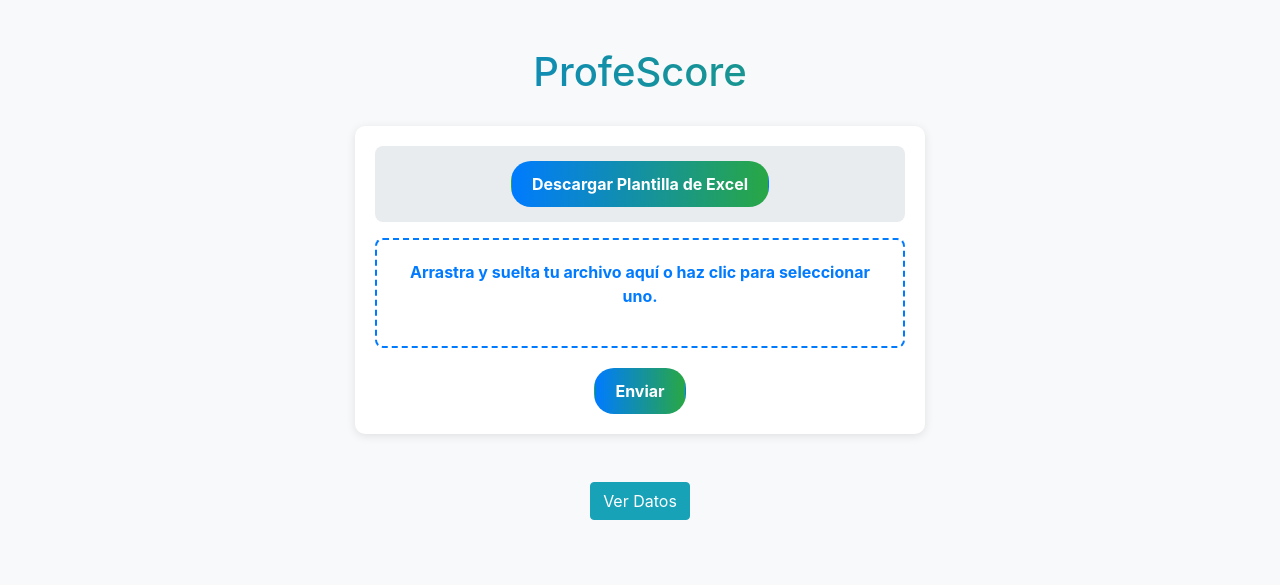
Repository: Sasonyera/ProfeScore
Page: http://localhost/index
These files come from the project's save history. The page is drawn as it stood at one moment and after the next save; the edit follows.
The browser window is 1280 px wide. The pictures show the whole page.
The page is this project's Thymeleaf template; nobody is signed in. The template is opened directly, without the code that normally fills it, so the values that code supplies are empty.

Above is the page before, as saved 2024-10-18 17:48:26.

### profescore/src/main/resources/templates/index.html
<!DOCTYPE html>
<html lang="es">
<head>
	<link rel="icon" href="/favi1.png" type="image/png">
    <meta charset="UTF-8">
    <title>ProfeScore</title>
    <!-- Bootstrap CSS -->
    <link rel="stylesheet" href="https://maxcdn.bootstrapcdn.com/bootstrap/4.0.0/css/bootstrap.min.css">

    <!-- Estilos personalizados -->
    <style>
        body {
            background-color: #f8f9fa;
        }
        .form-container {
            background-color: #ffffff;
            padding: 20px;
            border-radius: 10px;
            box-shadow: 0 2px 10px rgba(0, 0, 0, 0.1);
        }
        .button-group {
            background-color: #e9ecef;
            padding: 15px;
            border-radius: 8px;
            margin-bottom: 20px;
            text-align: center;
        }
        .file-upload {
            border: 2px dashed #007bff;
            border-radius: 8px;
            padding: 20px;
            text-align: center;
            margin-bottom: 20px;
            cursor: pointer;
        }
        .file-upload.dragging {
            border-color: #28a745;
            background-color: #f8f9fa;
        }
        .file-upload label {
            font-weight: bold;
            color: #007bff;
        }
        .file-upload input {
            display: none;
        }
        .file-name {
            margin-top: 10px;
            font-weight: bold;
            color: #333;
        }
        .btn-custom {
            background: linear-gradient(90deg, #007bff, #28a745);
            color: white;
            font-weight: bold;
            border-radius: 20px;
            padding: 10px 20px;
            transition: background 0.3s;
            margin: 0 auto;
            display: block;
            width: fit-content;
        }
        .btn-custom:hover {
            background: linear-gradient(90deg, #0056b3, #218838);
        }
        .title {
            font-size: 2.5rem;
            background: linear-gradient(90deg, #007bff, #28a745);
            -webkit-background-clip: text;
            -webkit-text-fill-color: transparent;
            margin-bottom: 30px;
        }
    </style>
</head>

<body>
    <div class="container mt-5 mb-5">
        <h1 class="text-center title">ProfeScore</h1>
        <div class="row justify-content-center">
            <div class="col-md-6 form-container">
                <div class="button-group text-center mb-3">
                    <button id="downloadTemplate" class="btn btn-custom">Descargar Plantilla de Excel</button>
                </div>
                <form id="uploadForm">
                    <div class="form-group file-upload" id="fileDropArea">
                        <label for="excelFile">Arrastra y suelta tu archivo aquí o haz clic para seleccionar uno.</label>
                        <input type="file" id="excelFile" name="file" accept=".xlsx, .xls" onchange="updateFileName()">
                        <div id="fileName" class="file-name"></div>
                    </div>
                    <button type="submit" class="btn btn-custom">Enviar</button>
                </form>
            </div>
        </div>
    </div>

    <!-- Modal para mostrar mensajes -->
    <div class="modal fade" id="responseModal" tabindex="-1" role="dialog" aria-labelledby="responseModalLabel" aria-hidden="true">
      <div class="modal-dialog" role="document">
        <div class="modal-content">
          <div class="modal-header">
            <h4 class="modal-title" id="responseModalLabel"></h4>
            <button type="button" class="close" data-dismiss="modal" aria-label="Cerrar">
              <span aria-hidden="true">&times;</span>
            </button>
          </div>
          <div class="modal-body" id="responseMessage"></div>
          <div class="modal-footer">
            <button type="button" class="btn btn-secondary" data-dismiss="modal">Cerrar</button>
          </div>
        </div>
      </div>
    </div>
	<div class="container mt-5 mb-5">
	        <!-- ... -->
	        <div class="text-center mt-4">
	            <a href="/ver-datos" class="btn btn-info">Ver Datos</a>
	        </div>
	    </div>

    <!-- Scripts necesarios -->
    <!-- Versión completa de jQuery -->
    <script src="https://code.jquery.com/jquery-3.6.0.min.js"></script>
    <!-- Popper.js y Bootstrap JS -->
    <script src="https://cdnjs.cloudflare.com/ajax/libs/popper.js/1.14.7/umd/popper.min.js"></script>
    <script src="https://maxcdn.bootstrapcdn.com/bootstrap/4.0.0/js/bootstrap.min.js"></script>
    <!-- Tu archivo script.js -->
    <script src="script.js"></script>
</body>
</html>

### profescore/src/main/resources/static/script.js
// Manejar el clic en el botón de descarga de la plantilla
document.getElementById('downloadTemplate').addEventListener('click', function() {
    window.location.href = '/download-template';
});

// Mostrar el nombre del archivo seleccionado
function updateFileName() {
    const input = document.getElementById('excelFile');
    const fileNameDisplay = document.getElementById('fileName');
    const fileName = input.files.length > 0 ? input.files[0].name : '';
    fileNameDisplay.textContent = fileName ? `Archivo seleccionado: ${fileName}` : '';
}

// Lógica de arrastrar y soltar archivos
const dropArea = document.getElementById('fileDropArea');

dropArea.addEventListener('dragover', (e) => {
    e.preventDefault();
    dropArea.classList.add('dragging');
});

dropArea.addEventListener('dragleave', () => {
    dropArea.classList.remove('dragging');
});

dropArea.addEventListener('drop', (e) => {
    e.preventDefault();
    dropArea.classList.remove('dragging');

    const input = document.getElementById('excelFile');
    const file = e.dataTransfer.files[0];

    if (file && (file.name.endsWith(".xls") || file.name.endsWith(".xlsx"))) {
        input.files = e.dataTransfer.files;
        updateFileName();
    } else {
        alert('Por favor, sube un archivo Excel válido (.xls o .xlsx).');
    }
});

// Permitir hacer clic en el área de carga para abrir el diálogo de selección de archivos
dropArea.addEventListener('click', () => {
    document.getElementById('excelFile').click();
});

// Envío del formulario usando fetch
document.getElementById('uploadForm').addEventListener('submit', function(e) {
    e.preventDefault();

    const inputFile = document.getElementById('excelFile');

    if (inputFile.files.length === 0) {
        showModal('Fallo el Envío', 'Por favor, selecciona un archivo.');
        return;
    }

    const formData = new FormData();
    formData.append('file', inputFile.files[0]);

    fetch('/upload-excel', {
        method: 'POST',
        body: formData
    })
    .then(response => response.text())
    .then(data => {
        if (data === 'success') {
            showModal('Envío Correcto', 'El archivo se ha enviado correctamente.');
        } else {
            showModal('Fallo el Envío', data);
        }
    })
    .catch(error => {
        console.error('Error:', error);
        showModal('Fallo el Envío', 'Ocurrió un error al enviar el archivo.');
    });
});

// Función para mostrar el modal con mensajes
function showModal(title, message) {
    document.getElementById('responseModalLabel').innerText = title;
    document.getElementById('responseMessage').innerText = message;
    $('#responseModal').modal('show');
}

After the next save:
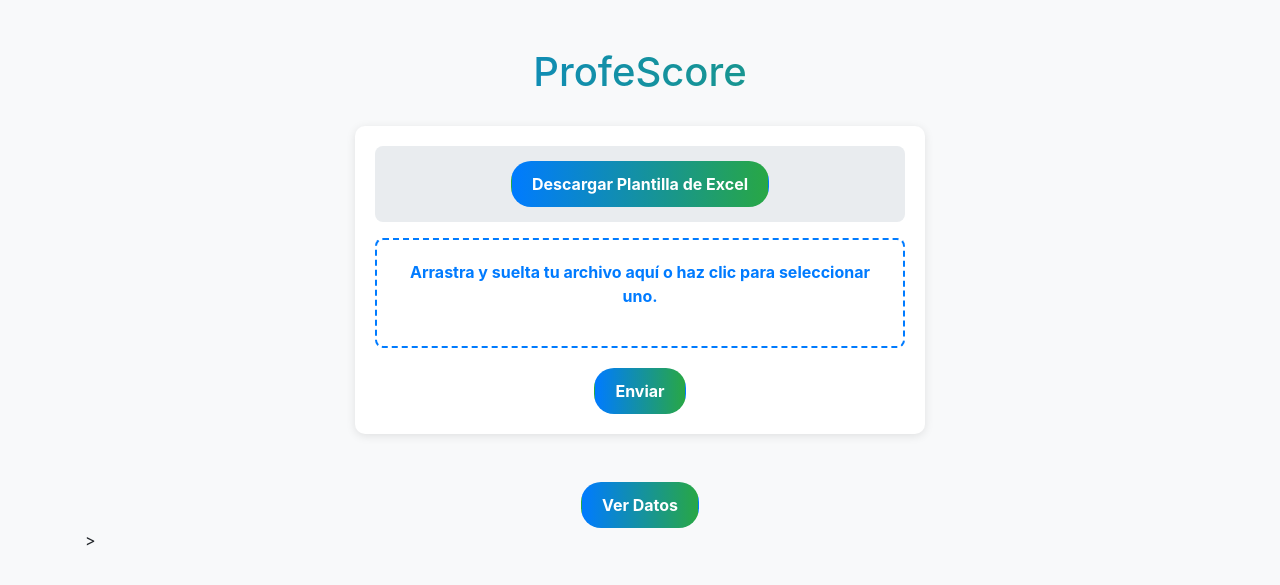
Saved 2 h 31 min later.
--- a/profescore/src/main/resources/templates/index.html
+++ b/profescore/src/main/resources/templates/index.html
@@ -112,9 +112,10 @@
     </div>
 	<div class="container mt-5 mb-5">
 	        <!-- ... -->
-	        <div class="text-center mt-4">
-	            <a href="/ver-datos" class="btn btn-info">Ver Datos</a>
-	        </div>
+			<div class="text-center mt-4">
+			    <a href="/ver-datos" class="btn btn-custom">Ver Datos</a>
+			</div>
+>
 	    </div>
 
     <!-- Scripts necesarios -->
